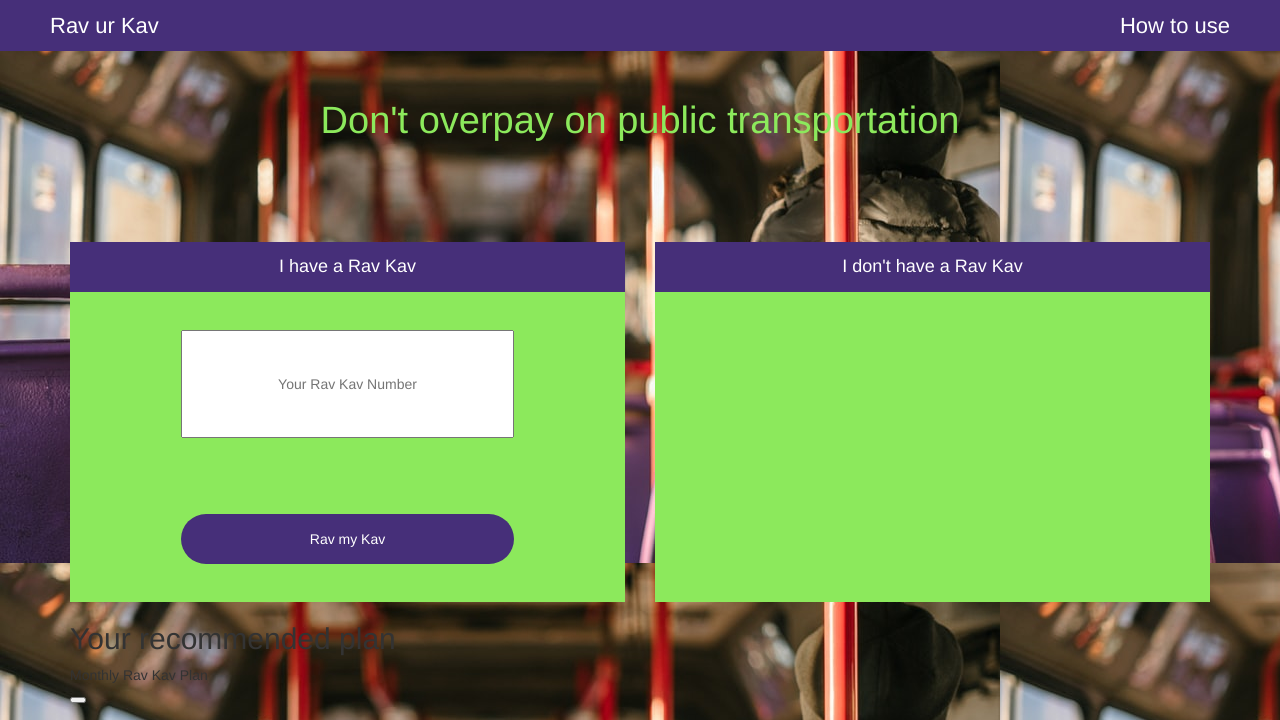
Repository: Louhla/Rav-ur-Kav
Page: index.html
The author's editor kept a copy of each file at every save. The page is drawn from the files as they stood at one save, then again after a run of saves.
The browser window is 1280 px wide. The pictures show the whole page.

Above is the page before, as saved 2019-07-17 16:23:49.

After the next 4 saves:
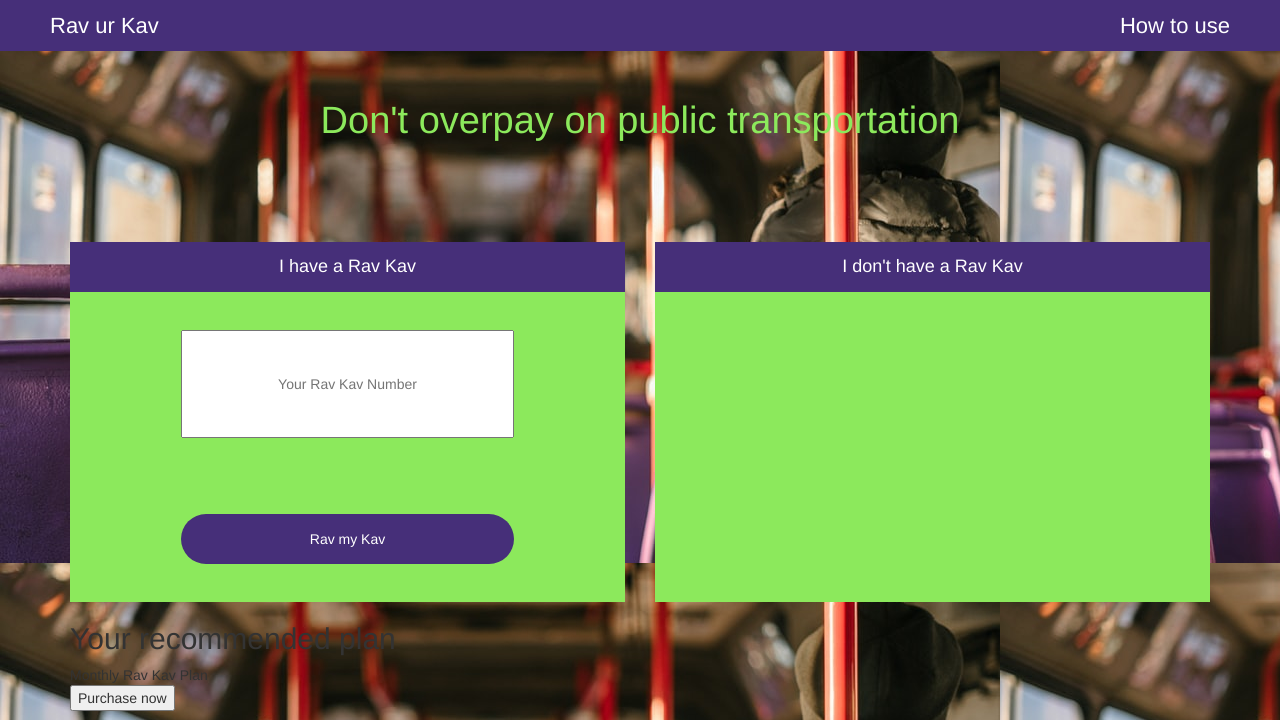
The 4 saves are shown as one change because they came seconds apart.
The last was saved 11 s later.
--- a/index.html
+++ b/index.html
@@ -60,7 +60,7 @@
                     <div>
                         Monthly Rav Kav Plan
                     </div>
-                    <button> </button>
+                    <button id="purchase">Purchase now</button>
                 </div>
             </div>
     </div>
